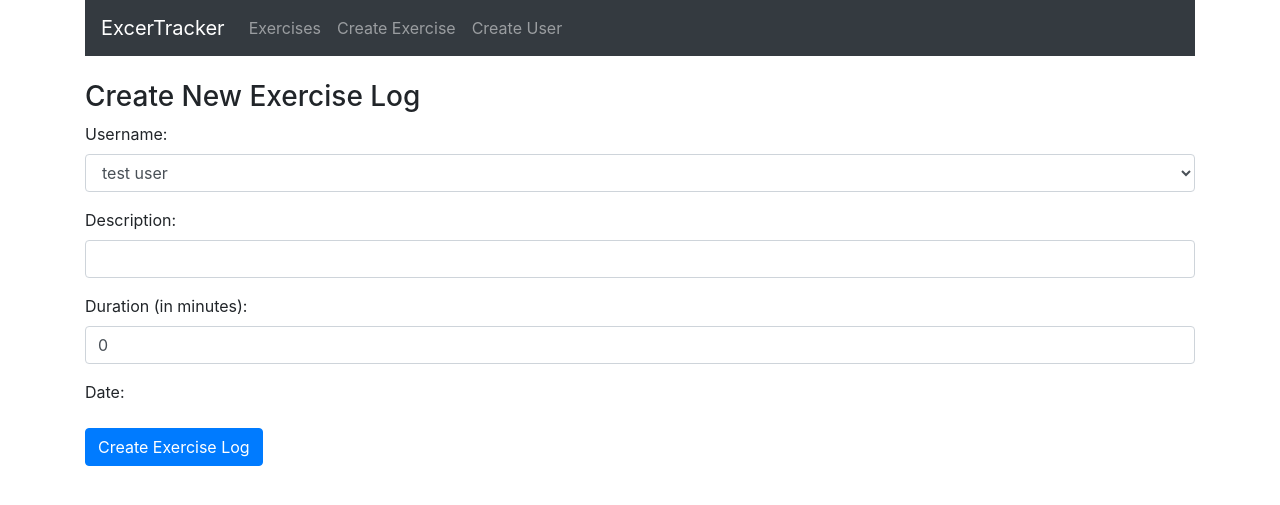
Repository: AnkurDevv/mern-exercise-app
Page: /create
An editor plug-in stored every save of this project. The page is shown before and after the next save, followed by the edit.
The browser window is 1280 px wide. The pictures show the whole page.
The project was rebuilt for these pictures with package versions that can differ from the ones it lists, and the page was loaded fresh each time. Also part of the build but not shown: src/components/exercise-list.component.js, src/components/edit-exercises.component.js, src/components/create-user.component.js.

Above is the page before, as saved 2019-11-13 20:55:17.

After the next save:
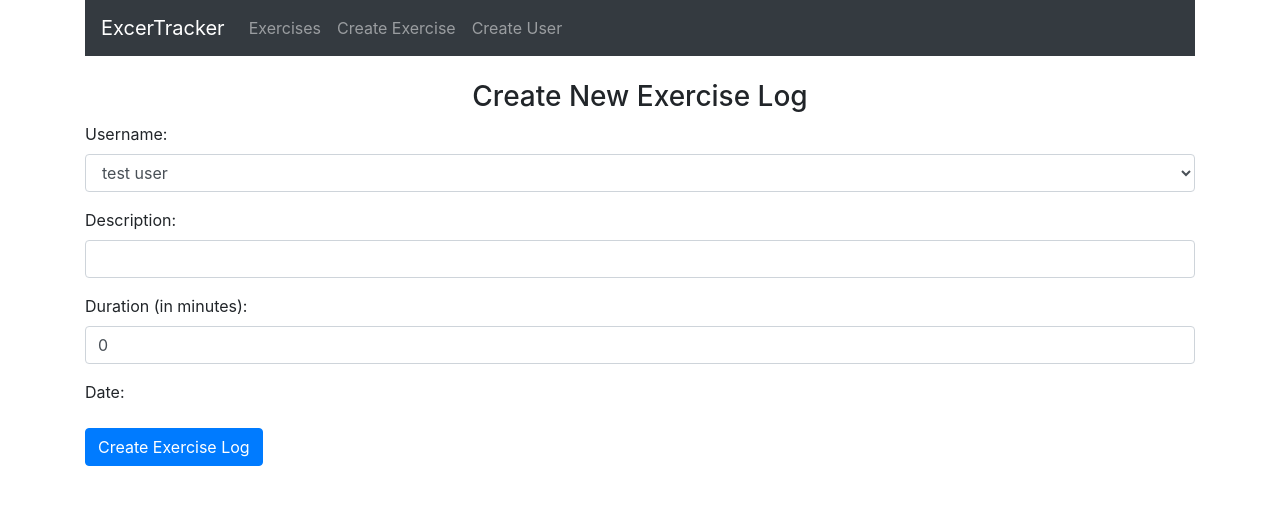
Saved 114 s later.
--- a/src/components/create-exercise.component.js
+++ b/src/components/create-exercise.component.js
@@ -80,7 +80,7 @@ export default class CreateExercise extends Component {
   render() {
     return (
       <div>
-        <h3>Create New Exercise Log</h3>
+        <h3 className="text-center">Create New Exercise Log</h3>
         <form onSubmit={this.onSubmit}>
           <div className="form-group">
             <label>Username: </label>
